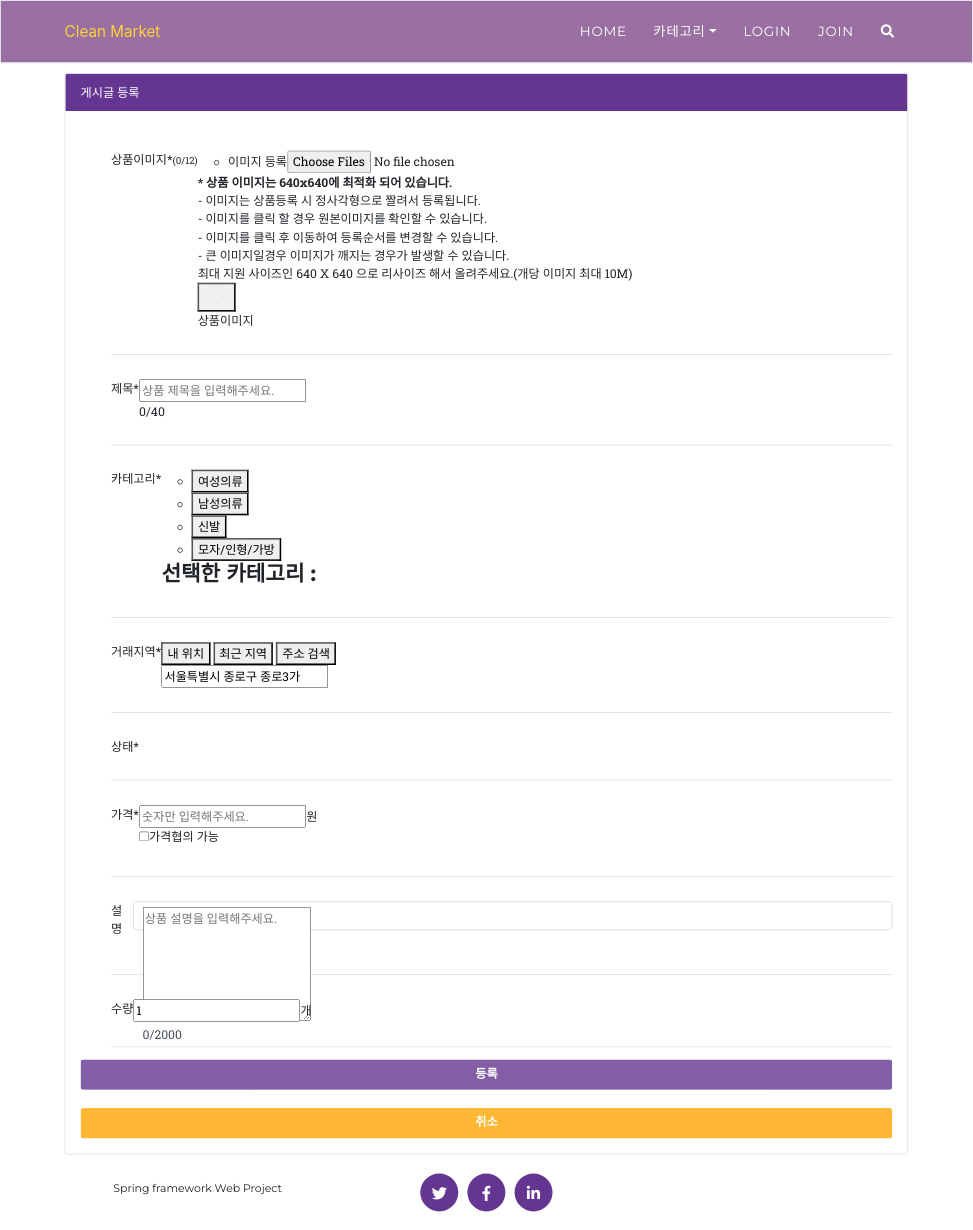
Repository: mim-mim-ji/Cleanmarket_web
Page: http://localhost/CleanMarket/WEB-INF/views/item/write.jsp
An editor plug-in stored every save of this project. The page is shown before and after the next save, followed by the edit.
The browser window is 1280 px wide. The pictures show the whole page, at 76% of full size.
Some web fonts or font styles are not loaded; a fallback is used. The page is served by Tomcat 9. Nobody is signed in. The template is opened directly, without the code that normally fills it, so the values that code supplies are empty.

Above is the page before, as saved 2021-03-21 01:49:10.

After the next save:
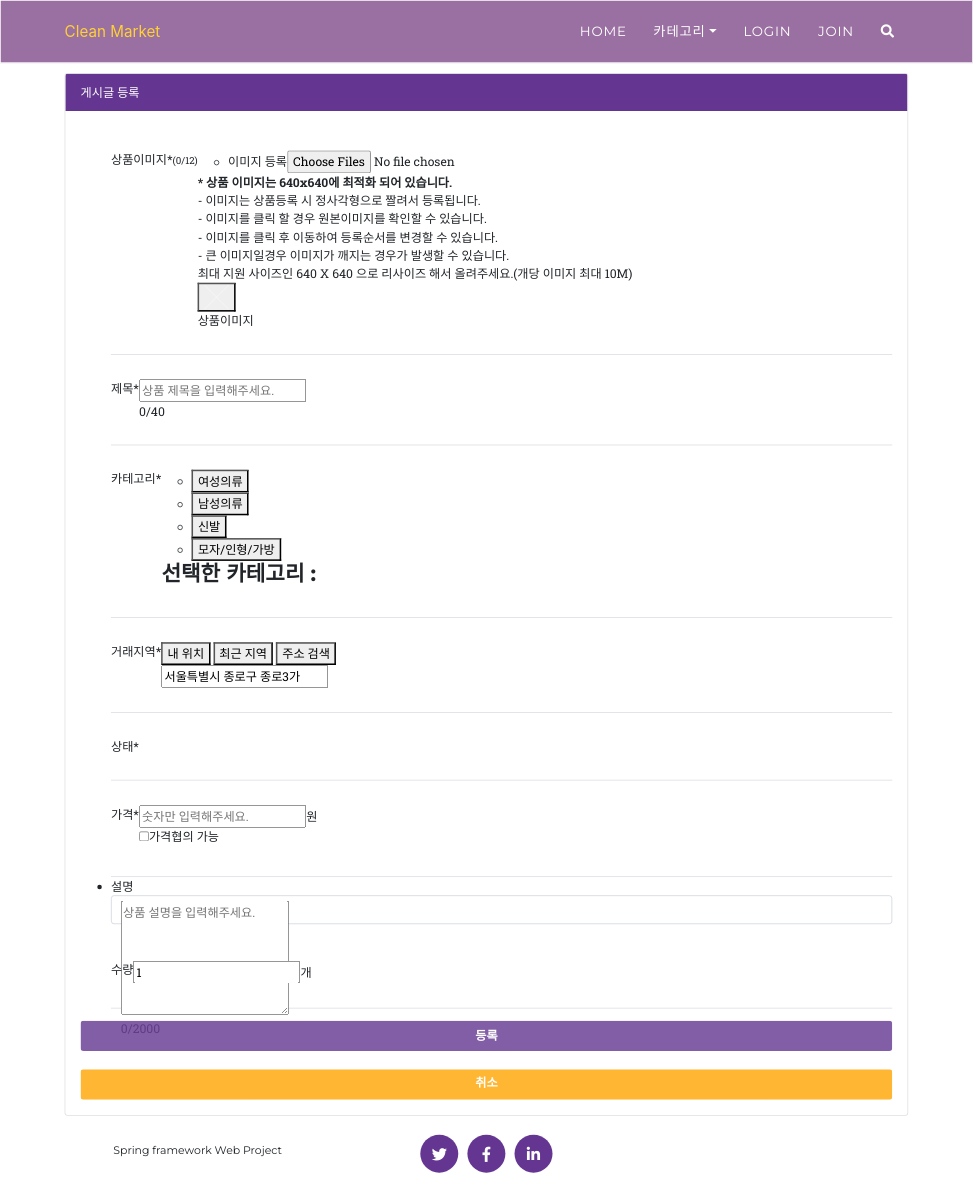
Saved 34 s later.
--- a/CleanMarket/src/main/webapp/WEB-INF/views/item/write.jsp
+++ b/CleanMarket/src/main/webapp/WEB-INF/views/item/write.jsp
@@ -126,7 +126,7 @@ header.masthead {
 										</div>
 									</div>
 								</div></li>
-							<li class="sc-gxbSSY bphXry"><div class="form-group">설명</div>
+							<li class="form-group"><div class="">설명</div>
 								<div class="form-control">
 									<textarea placeholder="상품 설명을 입력해주세요." rows="6"
 										class="sc-izfUZz eEjZnV"></textarea>
